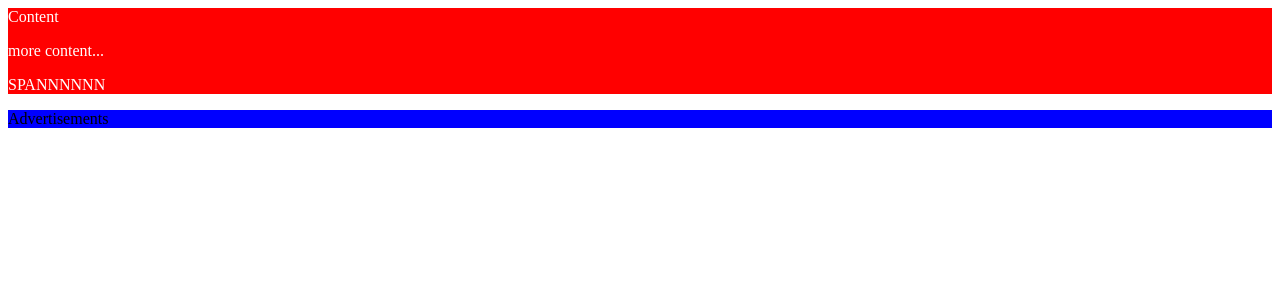
Repository: Peacepapi/1702Java
Page: web/src/main/webapp/divisions.html
The author's editor kept a copy of each file at every save. The page is drawn from the files as they stood at one save, then again after the next save.
The browser window is 1280 px wide. The pictures show the whole page.

Above is the page before, as saved 2017-02-24 15:06:19.

### web/src/main/webapp/divisions.html
<!DOCTYPE html>
<html>
<head>
<meta charset="ISO-8859-1">
<title>Slicing the DOM</title>
<style type="text/css">
#a{
	background-color: red;
	color: white;
}
#b{
	background-color: blue;
}
</style>
</head>
<body>

<div id="a">Content
	<p>more content... <div>SPANNNNNN</div></p>
</div>

<div id="b">Advertisements</div>

</body>
</html>

After the next save:
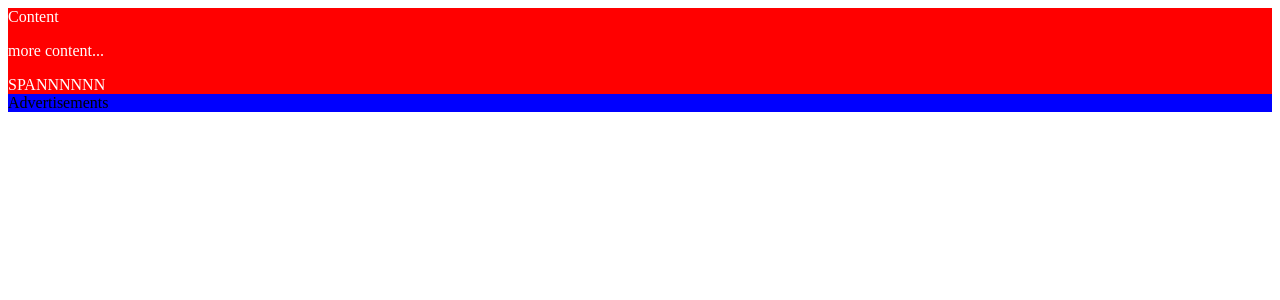
Saved 15 s later.
--- a/web/src/main/webapp/divisions.html
+++ b/web/src/main/webapp/divisions.html
@@ -16,7 +16,7 @@
 <body>
 
 <div id="a">Content
-	<p>more content... <div>SPANNNNNN</div></p>
+	<p>more content... </p><div>SPANNNNNN</div>
 </div>
 
 <div id="b">Advertisements</div>
